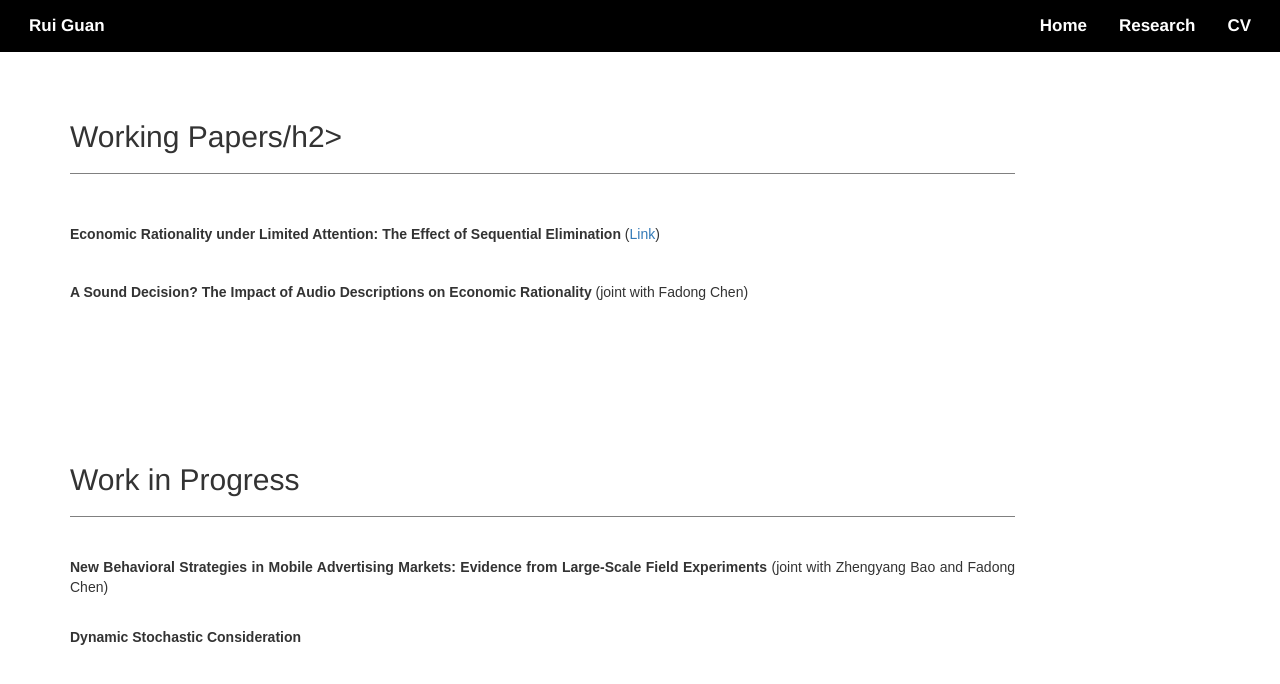
Repository: rui-guan/rui-guan.github.io
Page: research.html
These files come from the project's save history. The page is drawn as it stood at one moment and after the next save; the edit follows.
The browser window is 1280 px wide. The pictures show the whole page.

Above is the page before, as saved 2024-04-28 15:45:16.

After the next save:
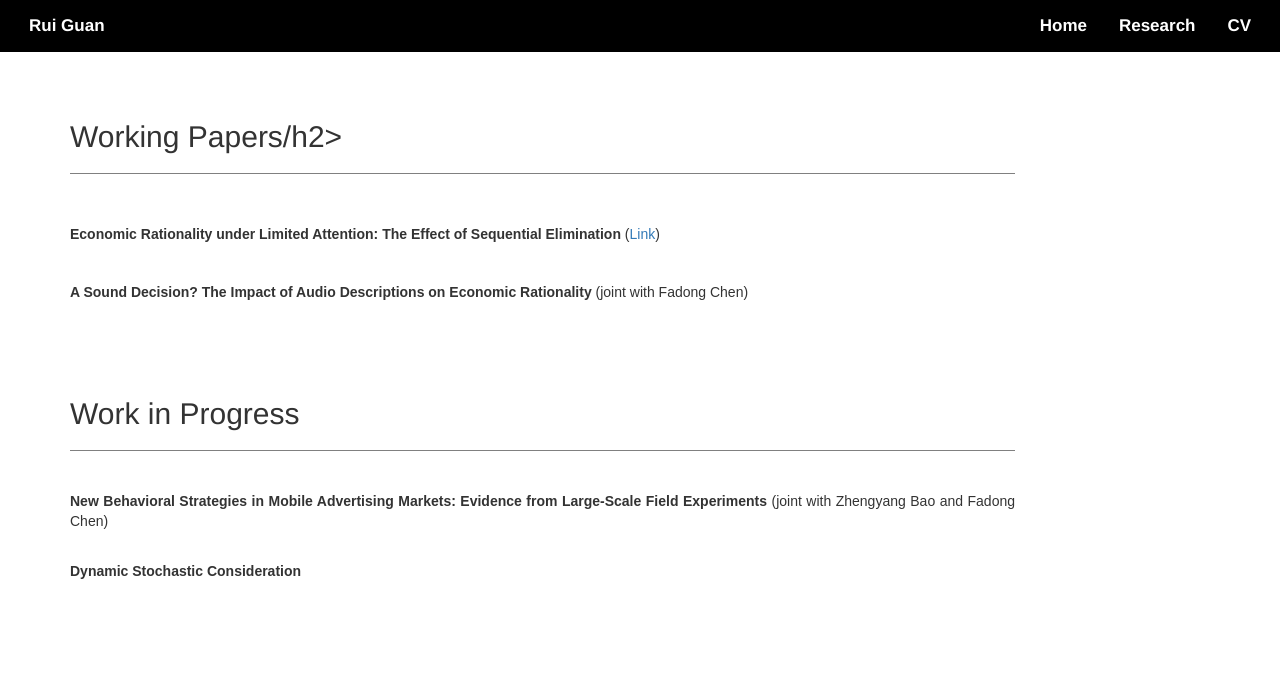
Saved 3 min 47 s later.
--- a/research.html
+++ b/research.html
@@ -93,8 +93,6 @@
                 </p>
                 <br>
                 <br>
-                <br>
-                <br>
                 <h2 id="slides">Work in Progress</h2>
                 <hr style="height:1px;border-width:0;color:gray;background-color:gray">
                 <br>
